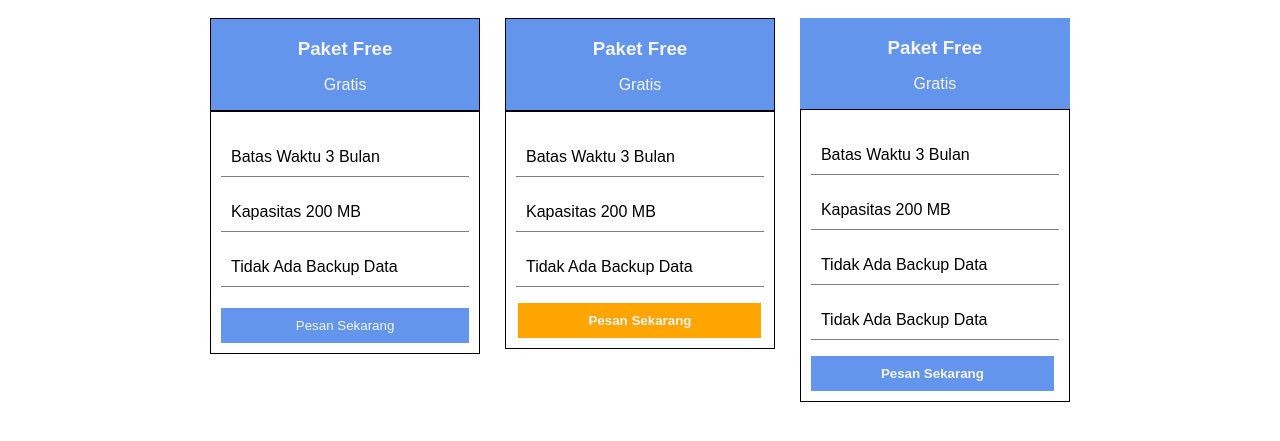
Repository: AHSANS354/tugas-sib5
Page: tugas css/index.html
The author's editor kept a copy of each file at every save. The page is drawn from the files as they stood at one save, then again after the next save.
The browser window is 1280 px wide. The pictures show the whole page.

Above is the page before, as saved 2023-08-29 16:37:13.

After the next save:
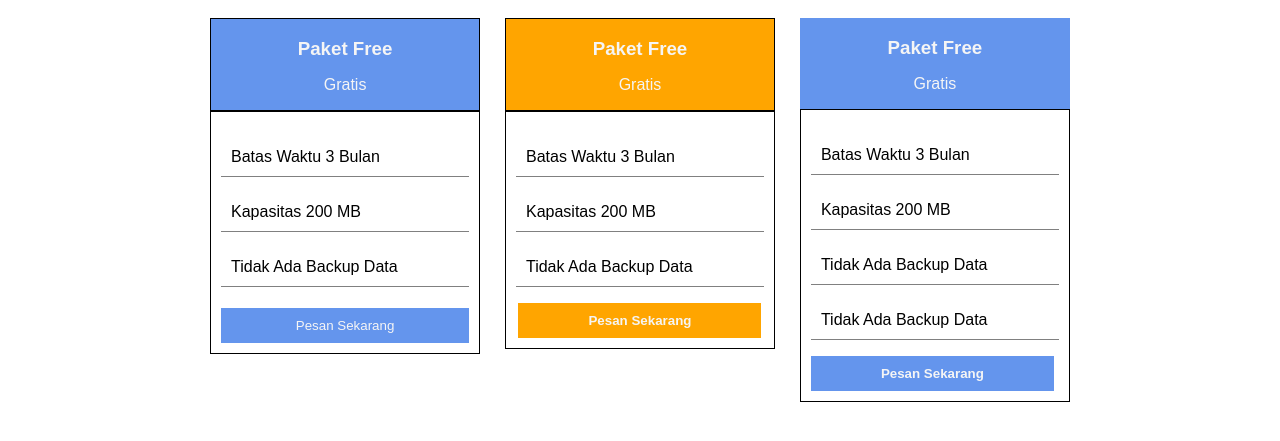
Saved 12 s later.
--- a/tugas css/style.css
+++ b/tugas css/style.css
@@ -65,7 +65,7 @@ h3 {
 /* css tampilan card 2 */
 .header2 {
   border: 1px solid black;
-  background-color: cornflowerblue;
+  background-color: orange;
   color: whitesmoke;
   display: flex;
   justify-content: center;
